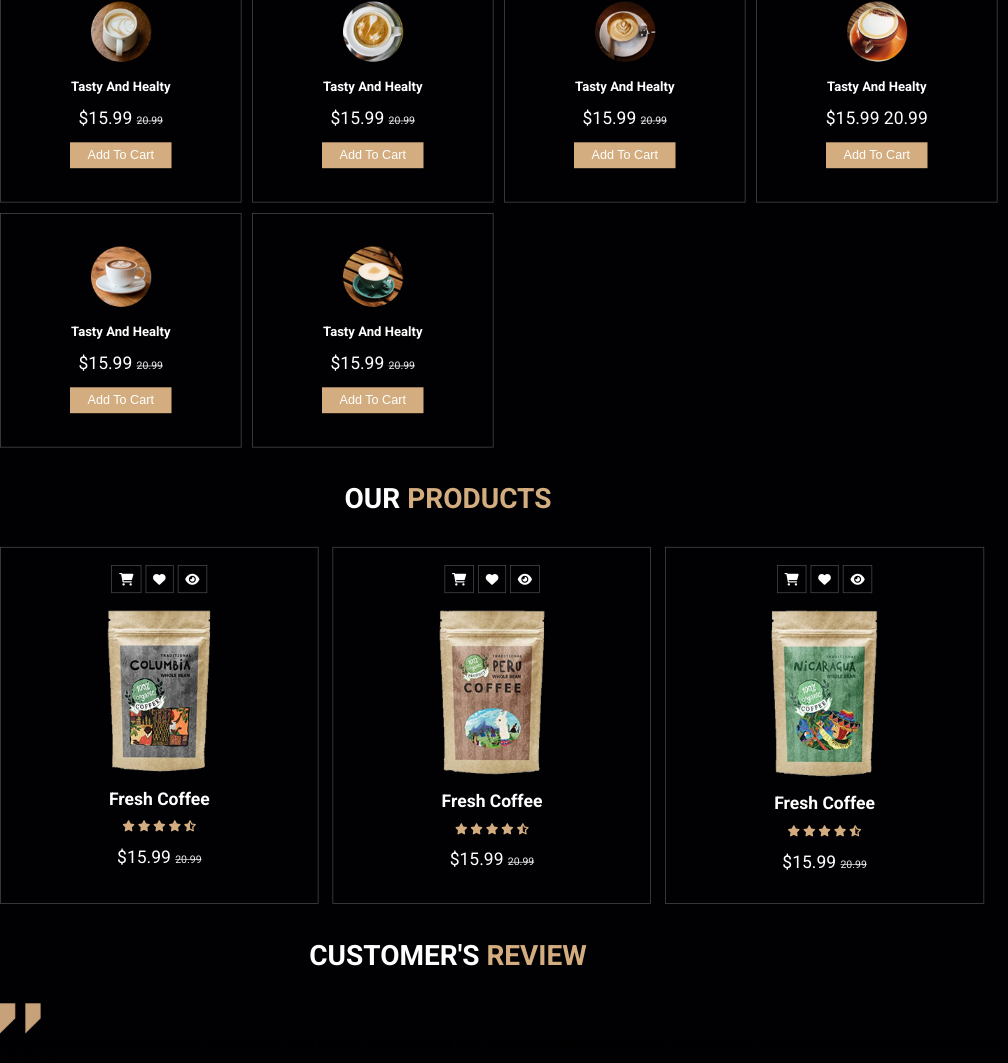
Repository: Dinhthai303/DinhThai
Page: index.html
These files come from the project's save history. The page is drawn as it stood at one moment and after the next save; the edit follows.
The browser window is 1280 px wide. The page is 1440 px wide, so the pictures cover 1440 px, including what lies to the right of the window. The pictures show the part of the page from y = 1785 to 3505 px (the page is 3304 px tall before and 3505 px after), at 70% of full size.

Above is the page before, as saved 2021-11-28 01:10:15.

After the next save:
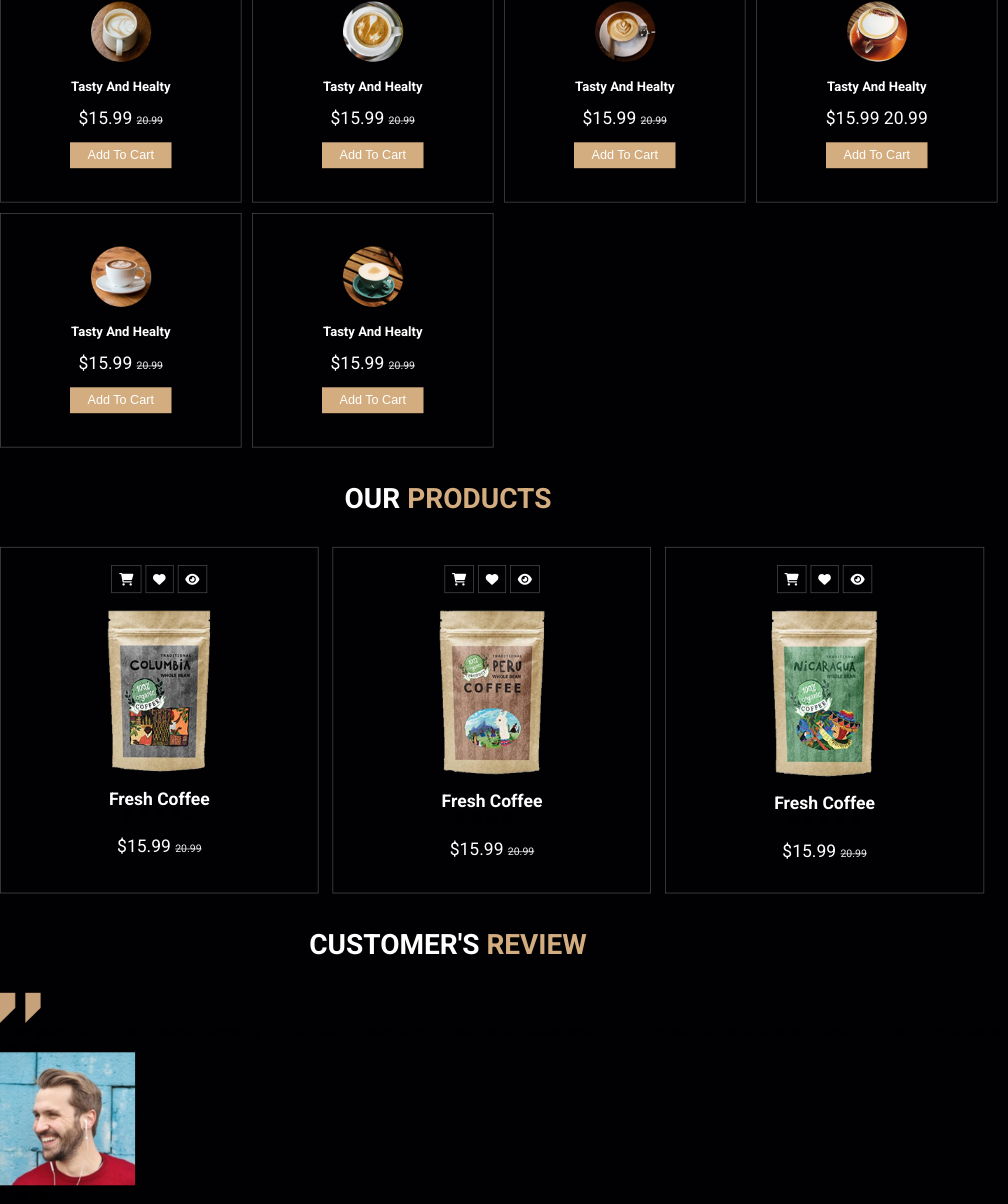
Saved 72 s later.
--- a/index.html
+++ b/index.html
@@ -148,7 +148,7 @@
                         <img src="./images/product-2.png" alt="">
                     </div>
                     <h3 class="products__title">Fresh Coffee</h3>
-                    <div class="products__star">
+                    <div class="star">
                         <i class="fa fa-star"></i>
                         <i class="fa fa-star"></i>
                         <i class="fa fa-star"></i>
@@ -167,7 +167,7 @@
                         <img src="./images/product-3.png" alt="">
                     </div>
                     <h3 class="products__title">Fresh Coffee</h3>
-                    <div class="products__star">
+                    <div class="star">
                         <i class="fa fa-star"></i>
                         <i class="fa fa-star"></i>
                         <i class="fa fa-star"></i>
@@ -186,7 +186,7 @@
                         <img src="./images/product-1.png" alt="">
                     </div>
                     <h3 class="products__title">Fresh Coffee</h3>
-                    <div class="products__star">
+                    <div class="star">
                         <i class="fa fa-star"></i>
                         <i class="fa fa-star"></i>
                         <i class="fa fa-star"></i>
@@ -207,6 +207,9 @@
                     <p class="review__desc">Lorem Ipsum Dolor Sit Amet Consectetur Adipisicing Elit. Animi Nulla Sit
                         Libero Nemo Fuga Sequi Nobis? Necessitatibus Aut Laborum, Nisi Quas Eaque Laudantium
                         Consequuntur Iste Ex Aliquam Minus Vel? Nemo.</p>
+                    <img src="./images/pic-1.png" alt="" class="review__avatar">
+                    <h3 class="review__author">John Deo
+                    </h3>
                 </div>
             </div>
         </div>
